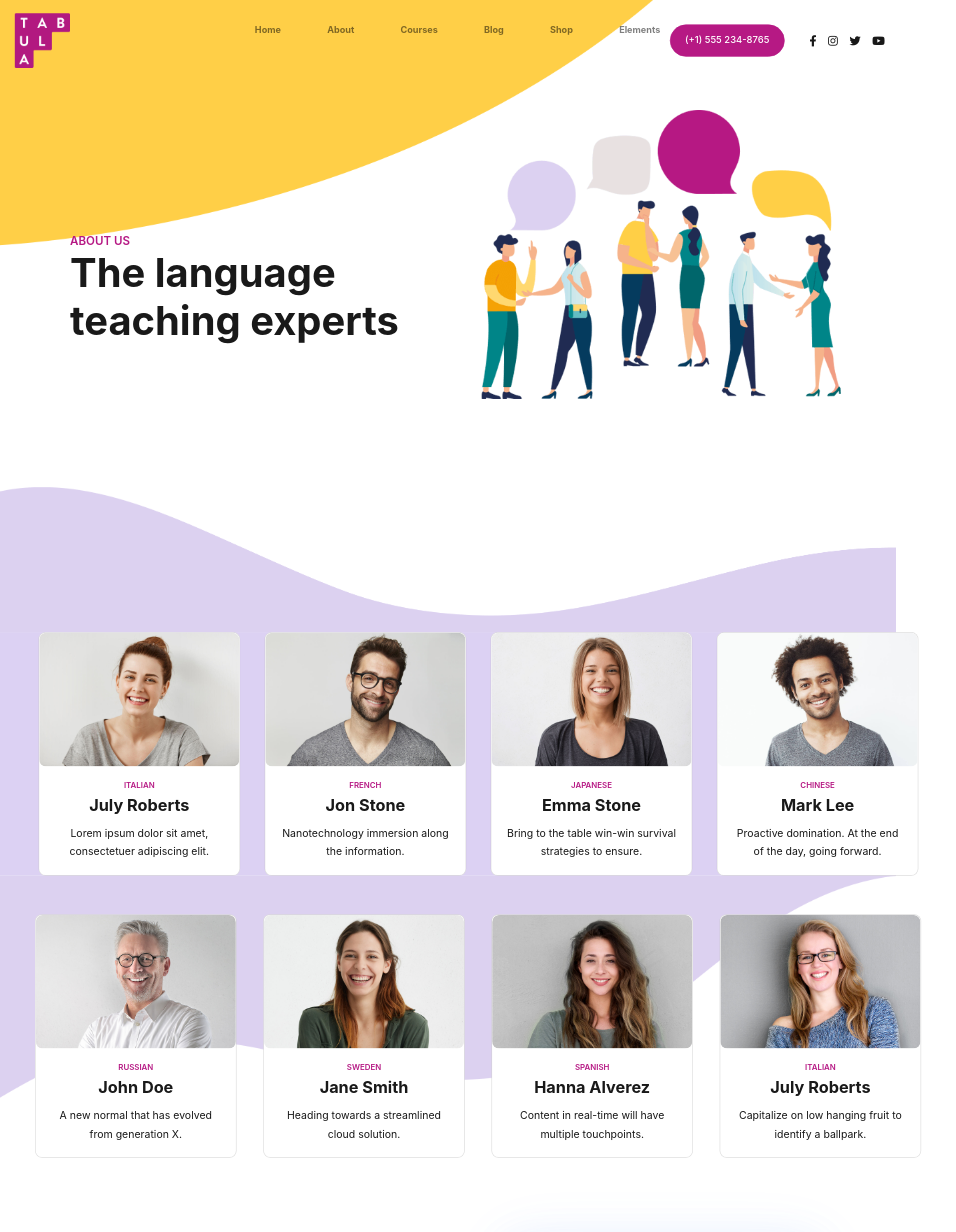
Repository: Khanh1234-glitch/TruongNguyenBaoKhanh_BC22_assignment__tabula
Page: Tabula/index.html
These files come from the project's save history. The page is drawn as it stood at one moment and after the next save; the edit follows.
The browser window is 1280 px wide. The page is 1366 px wide, so the pictures cover 1366 px, including what lies to the right of the window. The pictures show the part of the page from y = 0 to 1760 px (the page is 3187 px tall), at 70% of full size.
The style sheet was rebuilt from its Sass, Less or Tailwind sources for each picture, by a compiler version that may differ from the author's.

Above is the page before, as saved 2022-04-18 16:20:53.

### Tabula/index.html
<!doctype html>
<html lang="en">

<head>
    <title>Title</title>
    <!-- Required meta tags -->
    <meta charset="utf-8">
    <meta name="viewport" content="width=device-width, initial-scale=1, shrink-to-fit=no">
    <!-- link css -->
    <link rel="stylesheet" href="./css/style.css">
    <!-- link fontawesome -->
    <link rel="stylesheet" href="https://cdnjs.cloudflare.com/ajax/libs/font-awesome/5.15.4/css/all.min.css">
    <!-- Bootstrap CSS -->
    <link rel="stylesheet" href="https://stackpath.bootstrapcdn.com/bootstrap/4.3.1/css/bootstrap.min.css" integrity="sha384-ggOyR0iXCbMQv3Xipma34MD+dH/1fQ784/j6cY/iJTQUOhcWr7x9JvoRxT2MZw1T" crossorigin="anonymous">
</head>

<body>

    <nav class="navbar   navbar-expand-lg navbar-light ">
        <a class="navbar-brand" href="#"><img src="./img/crest.png" alt=""></a>
        <button class="navbar-toggler" type="button" data-toggle="collapse" data-target="#navbarSupportedContent" aria-controls="navbarSupportedContent" aria-expanded="false" aria-label="Toggle navigation">
            <span class="navbar-toggler-icon"></span>
        </button>

        <div class="collapse navbar-collapse" id="navbarSupportedContent">
            <ul class="navbar-nav ml-auto">
                <li class="nav-item ">
                    <a class="nav-link" href="#">Home</a>
                </li>
                <li class="nav-item">
                    <a class="nav-link" href="#">About</a>
                </li>
                <li class="nav-item">
                    <a class="nav-link" href="#">Courses</a>
                </li>
                <li class="nav-item">
                    <a class="nav-link" href="#">Blog</a>
                </li>
                <li class="nav-item">
                    <a class="nav-link" href="#">Shop</a>
                </li>
                <li class="nav-item">
                    <a class="nav-link" href="#">Elements</a>
                </li>
            </ul>
            <form class="form-inline my-2 my-lg-0">
                <div class="button">
                    <button class="btn btn-outline-success my-2 my-sm-0" type="submit">(+1) 555 234-8765</button>
                </div>
                <div class="social">
                    <a href="#"><i class="fab fa-facebook-f"></i></a>
                    <a href="#"><i class="fab fa-instagram"></i></a>
                    <a href="#"><i class="fab fa-twitter"></i></a>
                    <a href="#"><i class="fab fa-youtube"></i></a>
                </div>
            </form>
        </div>
    </nav>
    <header>

        <div class="hero-book container ">
            <div class=" text-left col-lg-6">
                <span>ABOUT US</span>
                <h1>The language teaching experts</h1>
            </div>
            <div class="img-right col-lg-6">
                <img src="./img/hero_team.png" alt="">
            </div>
        </div>
    </header>
    <section class="column-img ">
        <img src="./img/Violet_top_left_wave.png" alt="">
        <div class="bg-card">
            <div class="container-card ">
                <div class="card" style="width: 18rem;">
                    <div class="img-card">
                        <img class="card-img-top" srcset="./img/teacher_1.jpg " alt="Card image cap">
                    </div>
                    <div class="card-body">
                        <p>ITALIAN</p>
                        <h5 class="card-title">July Roberts</h5>
                        <p class="card-text">Lorem ipsum dolor sit amet, consectetuer adipiscing elit.
                        </p>
                    </div>
                </div>
                <div class="card" style="width: 18rem;">
                    <div class="img-card">
                        <img class="card-img-top" srcset="./img/teacher_2.jpg " alt="Card image cap">
                    </div>
                    <div class="card-body">
                        <p>FRENCH</p>
                        <h5 class="card-title">Jon Stone
                        </h5>
                        <p class="card-text">Nanotechnology immersion along the information.</p>
                    </div>
                </div>
                <div class="card" style="width: 18rem;">
                    <div class="img-card">
                        <img class="card-img-top" srcset="./img/teacher_3.jpg" alt="Card image cap">
                    </div>
                    <div class="card-body">
                        <p>JAPANESE</p>
                        <h5 class="card-title">Emma Stone</h5>
                        <p class="card-text">Bring to the table win-win survival strategies to ensure.
                        </p>
                    </div>
                </div>
                <div class="card" style="width: 18rem;">
                    <div class="img-card">
                        <img class="card-img-top" srcset="./img/teacher_4.jpg " alt="Card image cap">
                    </div>
                    <div class="card-body">
                        <p>CHINESE</p>
                        <h5 class="card-title">Mark Lee</h5>
                        <p class="card-text">Proactive domination. At the end of the day, going forward.
                        </p>
                    </div>
                </div>
            </div>
        </div>

        <img src="./img/Violet_bottom_left_wave.png" alt="">
        <div class="card-bottom">
            <div class="container-card ">
                <div class="card" style="width: 18rem;">
                    <div class="img-card">
                        <img class="card-img-top" srcset="./img/teacher_5.jpg " alt="Card image cap">
                    </div>
                    <div class="card-body">
                        <p>RUSSIAN</p>
                        <h5 class="card-title">John Doe</h5>
                        <p class="card-text">A new normal that has evolved from generation X.</p>
                    </div>
                </div>
                <div class="card" style="width: 18rem;">
                    <div class="img-card">
                        <img class="card-img-top" srcset="./img/teacher_6.jpg " alt="Card image cap">
                    </div>
                    <div class="card-body">
                        <p>SWEDEN</p>
                        <h5 class="card-title">Jane Smith</h5>
                        <p class="card-text">Heading towards a streamlined cloud solution.</p>
                    </div>
                </div>
                <div class="card" style="width: 18rem;">
                    <div class="img-card">
                        <img class="card-img-top" srcset="./img/teacher_7.jpg " alt="Card image cap">
                    </div>
                    <div class="card-body">
                        <p>SPANISH</p>
                        <h5 class="card-title">Hanna Alverez</h5>
                        <p class="card-text">Content in real-time will have multiple touchpoints.
                        </p>
                    </div>
                </div>
                <div class="card" style="width: 18rem;">
                    <div class="img-card">
                        <img class="card-img-top" srcset="./img/teacher_8.jpg " alt="Card image cap">
                    </div>
                    <div class="card-body">
                        <p>ITALIAN</p>
                        <h5 class="card-title">July Roberts</h5>
                        <p class="card-text">Capitalize on low hanging fruit to identify a ballpark.
                        </p>
                    </div>
                </div>
            </div>
        </div>
    </section>
    <section class="contact-form container">
        <div class="img-left">
            <img src="./img/conatct_inner.png" alt="">
        </div>
        <div class="form-right">
            <div class="form">
                <div class="title">Find Your Course</div>
                <div class="contact-form-bottom">
                    <div class="row-form">
                        <div class="name-form"><input type="text" placeholder="Name"><i class="fa fa-user"></i></div>
                        <div class="email-form"><input type="text" placeholder="Email"><i class="fa fa-envelope"></i></div>
                    </div>
                    <div class="seclect-form">
                        <i class="fa fa-hard-hat"></i>
                        <select class="form-control" id="exampleFormControlSelect1">
                            <option>English</option>
                            <option>French</option>
                            <option>Spanish</option>
                            <option>German</option>
                        </select>
                    </div>
                    <div class="text-form">
                        <i class="fa fa-sms"></i>
                        <textarea name="" id="" cols="30" rows="10" placeholder="Messager"></textarea>
                    </div>
                    <div class="btn-form">
                        <button>Send</button>
                    </div>
                </div>

            </div>
        </div>
    </section>
    <section class="footer-contact">
        <div class="img-header">
            <img src="./img/accent_bottom_wave_01.png" alt="">
        </div>
        <div class="contact-end ">
            <div class="contact-us">
                <span>Contact us</span>
                <div class="content-list">
                    <ul>
                        <li><i class="fa fa-map-marker-alt"></i>Franklin St, Greenpoint Ave</li>
                        <li><i class="fa fa-phone"></i>+2342 5446 67</li>
                        <li><i class="fa fa-clock"></i>Monday - Friday: 8 AM - 5 PM</li>
                    </ul>
                </div>
                <div class="social">
                    <i class="fab fa-twitter"></i>
                    <i class="fab fa-instagram"></i>
                    <i class="fab fa-facebook-f"></i>
                    <i class="fab fa-youtube"></i>
                </div>
            </div>
            <div class="quick-link">
                <span>Quick Links</span>
                <ul>
                    <li>
                        <a href="">Home</a>
                    </li>
                    <li>
                        <a href="">Courses</a>
                    </li>
                    <li>
                        <a href="">Schedule</a>
                    </li>
                    <li>
                        <a href="">Blog</a>
                    </li>
                </ul>
            </div>
            <div class="about">
                <span>About</span>
                <ul>
                    <li>
                        <a href="">About Us</a>
                    </li>
                    <li>
                        <a href="">Events</a>
                    </li>
                    <li>
                        <a href="">Get Quote</a>
                    </li>
                    <li>
                        <a href="">Contact</a>
                    </li>
                </ul>
            </div>
            <div class="newsletter">
                <span>Newsletter</span>
                <div>
                    <input type="email" placeholder="Your email">
                    <button>subscribe</button>
                </div>
            </div>
        </div>
        <img src="./img/footer_background.jpg" alt="">
    </section>

    <!-- Optional JavaScript -->
    <!-- jQuery first, then Popper.js, then Bootstrap JS -->
    <script src="https://code.jquery.com/jquery-3.3.1.slim.min.js" integrity="sha384-q8i/X+965DzO0rT7abK41JStQIAqVgRVzpbzo5smXKp4YfRvH+8abtTE1Pi6jizo" crossorigin="anonymous"></script>
    <script src="https://cdnjs.cloudflare.com/ajax/libs/popper.js/1.14.7/umd/popper.min.js" integrity="sha384-UO2eT0CpHqdSJQ6hJty5KVphtPhzWj9WO1clHTMGa3JDZwrnQq4sF86dIHNDz0W1" crossorigin="anonymous"></script>
    <script src="https://stackpath.bootstrapcdn.com/bootstrap/4.3.1/js/bootstrap.min.js" integrity="sha384-JjSmVgyd0p3pXB1rRibZUAYoIIy6OrQ6VrjIEaFf/nJGzIxFDsf4x0xIM+B07jRM" crossorigin="anonymous"></script>
    <script src="./main.js"></script>
</body>

</html>

### Tabula/Sass/style.scss
@import "./helper/mixin";
@import "./helper/variable";
@import "./Component/navbar";
@import "./Component/button";
@import "./Component/social";
@import "./Component/herobook";
@import "./Component/card-info";
@import "./Component/footer-form";
@import "./Component/footer.contact";

### Tabula/Sass/helper/_mixin.scss
@mixin content($fs, $fw, $color) {
    font-size: $fs;
    font-weight: $fw;
    background-color: $color;
}

@mixin content2($fs, $fw, $color) {
    font-size: $fs;
    font-weight: $fw;
    color: $color;
}

### Tabula/Sass/helper/_variable.scss
//color
$color:#e6afd4;
$color2:#181818;
$color3:#b61984 !important;
$color4:#191919 !important;
$color5:#dcd1f3;
$color6:#fff;
//font weight
$fw-1:500;
$fw-2:600;
$fw-3:700;
$fw-4:800;
$fw-0:300;
//font-size
$fs-0:12px;
$fs-1:13px;
$fs-2:57px;
$fs-3:16.5px;
$fs-4:14.625px;
$fs-5:13.125px;
$fs-6:13.5px;
$fs-7:16.5px;
$fs-8:15px;
$fs-9:17.25px;
$fs-10:11.25px;
$fs-11:23.25px;
$fs-12:37.5px;

### Tabula/Sass/Component/_navbar.scss
body {
    background: url("./../../img/yellow_top_wave_01.png");
    background-repeat: no-repeat;
}

nav {
    transition: all 0.5s;
}

nav.sticky {
    transition: all 0.5s;
    z-index: 100000;
    width: 100%;
    position: fixed;
    padding: 5px 100px;
    background-color: $color6;
    box-shadow: 0 8px 60px 0 rgba(103, 151, 255, .11), 0 12px 90px 0 rgba(103, 151, 255, .11);
}

nav.sticky .navbar-brand {
    display: none;
}

.navbar-nav {
    .nav-item {
        .nav-link {
            @include content2($fs-1,
            $fw-3,
            $color2);
            margin-left: 50px;
            transition: all 0.5s;
            &::after {
                content: "";
                width: 10px;
                height: 10px;
                border-radius: 100%;
                margin-top: 20px;
                background-color: $color3;
                display: block;
                transition: 0.2s;
                transform: scaleX(0);
            }
            &:hover {
                color: $color3;
                &::after {
                    transform: scaleX(1);
                }
            }
        }
    }
}

.form-inline {
    .social {
        a {
            i {
                margin-left: 12px;
                color: $color2;
                transition: all 0.3s;
                &:hover {
                    color: $color3;
                }
            }
        }
    }
}

### Tabula/Sass/Component/_button.scss
.form-inline {
    .button {
        display: flex;
        align-items: center;
        margin-right: 18px;
        button {
            @include content($fs-6, $fw-1, $color3);
            align-items: center;
            border-radius: 50px;
            display: flex;
            justify-content: center;
            line-height: 13.5px;
            margin: 6px;
            padding: 14.85px 20.25px;
            text-align: center;
            color: #fff;
            border: 1px solid $color3;
            transition: all 0.2s;
            &:hover {
                background-color: #fff !important;
                border: 1px solid $color3;
                color: $color3;
            }
        }
    }
}

.form {
    .btn-form {
        margin-left: 30px;
        button {
            width: 150px;
            height: 48px;
            @include content($fs-6, $fw-1, $color3);
            align-items: center;
            border-radius: 50px;
            display: flex;
            justify-content: center;
            line-height: 13.5px;
            margin: 6px;
            padding: 18.9px 35.1px;
            text-align: center;
            color: #fff;
            border: 1px solid $color3;
            transition: all 0.2s;
            text-transform: uppercase;
            &:hover {
                background-color: #fff !important;
                border: 1px solid $color3;
                color: $color3;
            }
        }
    }
}

### Tabula/Sass/Component/_social.scss
.navbar-nav {
    .nav-item {
        i {
            margin-right: 12px;
            line-height: 80px;
            cursor: pointer;
            transition: all 0.5s;
            &:hover {
                color: $color3;
            }
        }
    }
}

### Tabula/Sass/Component/_herobook.scss
.hero-book {
    display: flex;
    .text-left {
        margin-top: 216px;
        span {
            @include content2($fs-7, $fw-2, $color3);
            line-height: 19.8px;
        }
        h1 {
            @include content2($fs-2, $fw-3, $color4);
            line-height: 68.4px;
        }
    }
}

### Tabula/Sass/Component/_card-info.scss
.column-img {
    position: relative;
    margin-bottom: 200px;
    img {
        width: 100%;
        height: auto;
        display: block;
    }
    .bg-card {
        background-color: $color5;
        .container-card {
            display: grid;
            grid-template-columns: repeat(4, 1fr);
            gap: 35px;
            margin: 0 55px;
            .card-body {
                text-align: center;
                p:first-of-type {
                    @include content2($fs-10, $fw-2, $color3);
                    line-height: 13.5px;
                    margin: 0px 0px 7.875px;
                }
                h5 {
                    @include content2($fs-11, $fw-3, $color4);
                    line-height: 27.9px;
                }
                p:last-child {
                    color: $color2;
                    font-size: 15px;
                    line-height: 27px;
                    text-align: center;
                }
            }
            .card {
                border-radius: 10px;
                transition: all 0.5s;
                .img-card {
                    overflow: hidden;
                    border-radius: 10px;
                }
                &:hover {
                    box-shadow: 0 8px 8px 0 rgba(103, 151, 255, .11), 0 12px 18px 0 rgba(103, 151, 255, .11);
                    img {
                        transform: scale(1.1);
                        -webkit-transform: scale(1.1);
                        -moz-transform: scale(1.1);
                        -o-transform: scale(1.1);
                        -ms-transform: scale(1.1);
                    }
                }
                img {
                    border-top-left-radius: 10px;
                    border-top-right-radius: 10px;
                    transition: all 0.3s;
                }
            }
        }
    }
}

.card-bottom {
    position: absolute;
    top: 70%;
    .container-card {
        display: grid;
        grid-template-columns: repeat(4, 1fr);
        gap: 38px;
        margin: 0 50px;
        .card-body {
            text-align: center;
            p:first-of-type {
                @include content2($fs-10, $fw-2, $color3);
                line-height: 13.5px;
                margin: 0px 0px 7.875px;
            }
            h5 {
                @include content2($fs-11, $fw-3, $color4);
                line-height: 27.9px;
            }
            p:last-child {
                color: $color2;
                font-size: 15px;
                line-height: 27px;
                text-align: center;
            }
        }
        .card {
            border-radius: 10px;
            transition: all 0.5s;
            .img-card {
                overflow: hidden;
                border-radius: 10px;
            }
            &:hover {
                box-shadow: 0 8px 60px 0 rgba(103, 151, 255, .11), 0 12px 90px 0 rgba(103, 151, 255, .11);
                img {
                    transform: scale(1.1);
                    -webkit-transform: scale(1.1);
                    -moz-transform: scale(1.1);
                    -o-transform: scale(1.1);
                    -ms-transform: scale(1.1);
                }
            }
            img {
                border-top-left-radius: 10px;
                border-top-right-radius: 10px;
                transition: all 0.3s;
            }
        }
    }
}

Loaded but not shown: Tabula/main.js (4 lines, source omitted); Tabula/Sass/Component/_footer.contact.scss (146 lines, source omitted); Tabula/Sass/Component/_footer-form.scss (99 lines, source omitted)

After the next save:
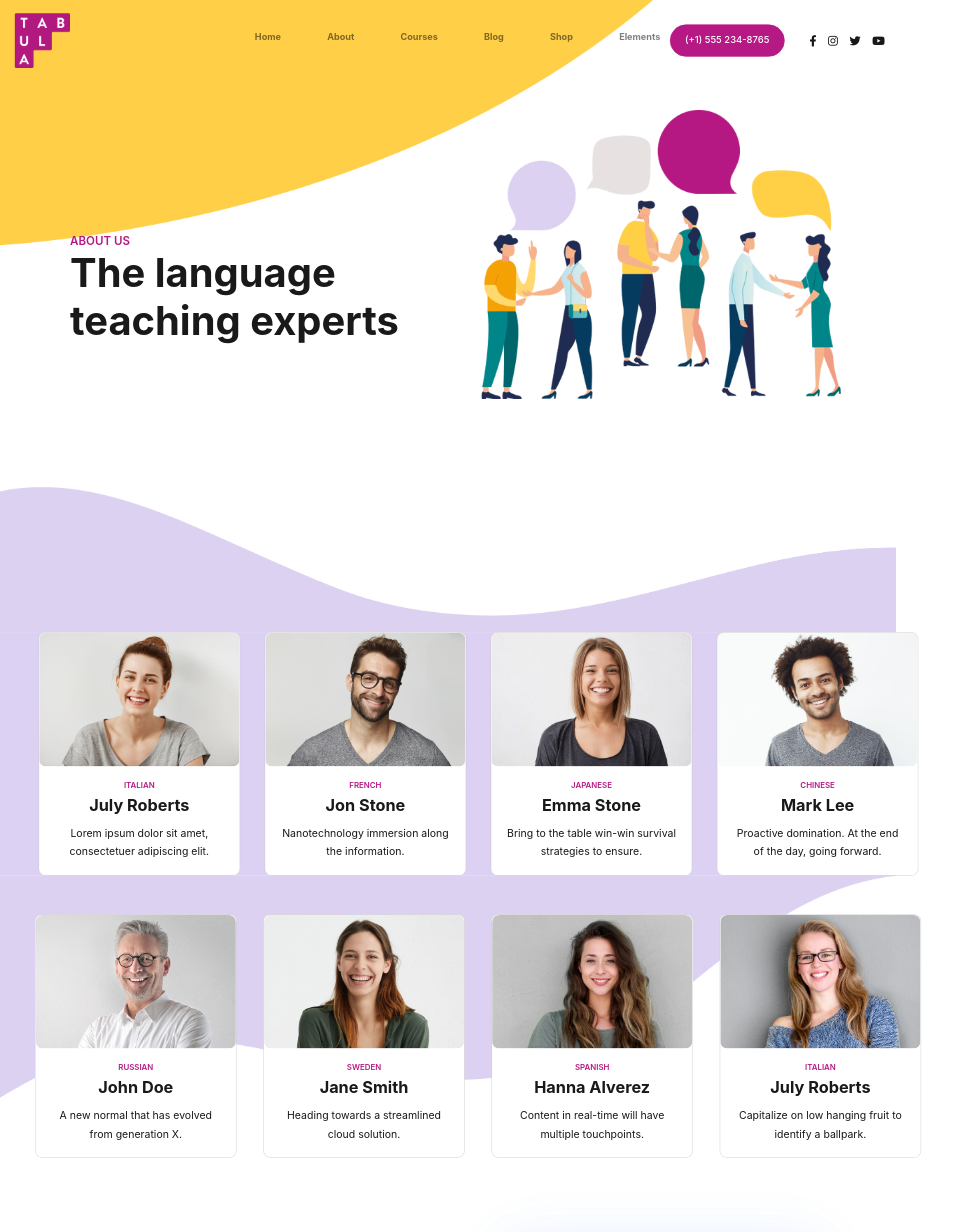
Saved 11 s later.
--- a/Tabula/Sass/Component/_navbar.scss
+++ b/Tabula/Sass/Component/_navbar.scss
@@ -34,7 +34,6 @@ nav.sticky .navbar-brand {
                 width: 10px;
                 height: 10px;
                 border-radius: 100%;
-                margin-top: 20px;
                 background-color: $color3;
                 display: block;
                 transition: 0.2s;
